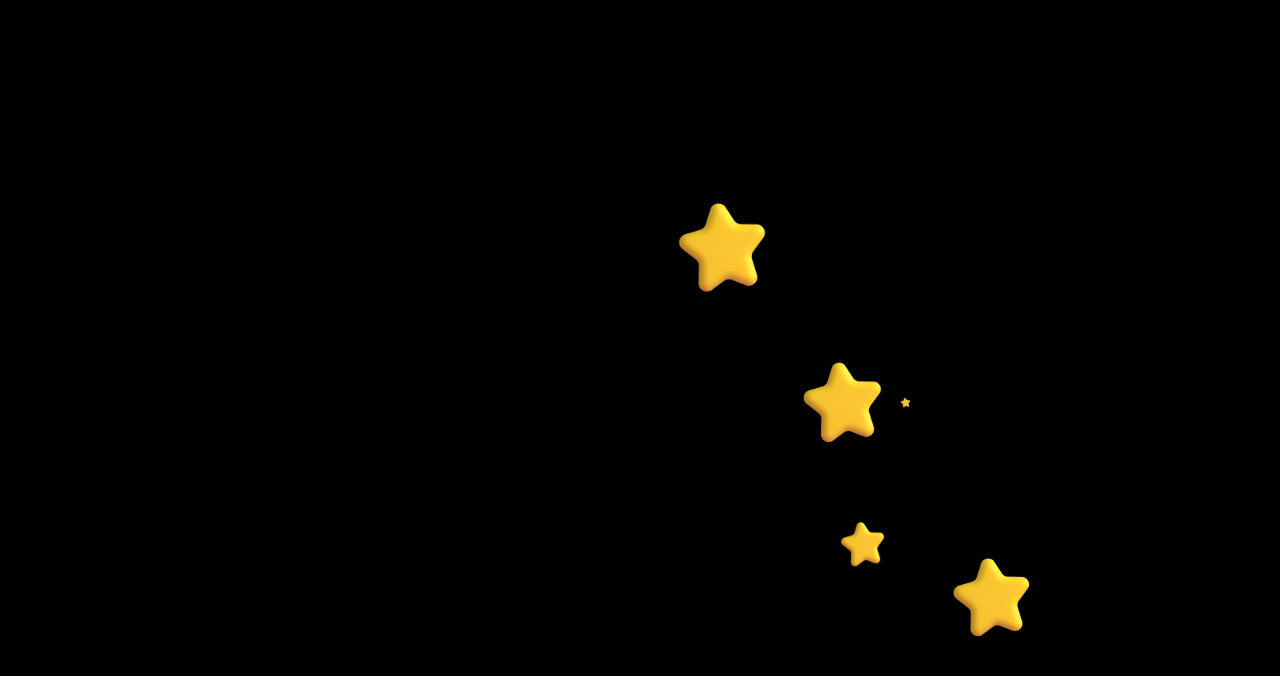
Repository: heartbreathing/Star-game
Page: index.html
These files come from the project's save history. The page is drawn as it stood at one moment and after the next save; the edit follows.
The browser window is 1280 px wide. The pictures show the whole page.

Above is the page before, as saved 2022-10-29 12:33:24.

After the next save:
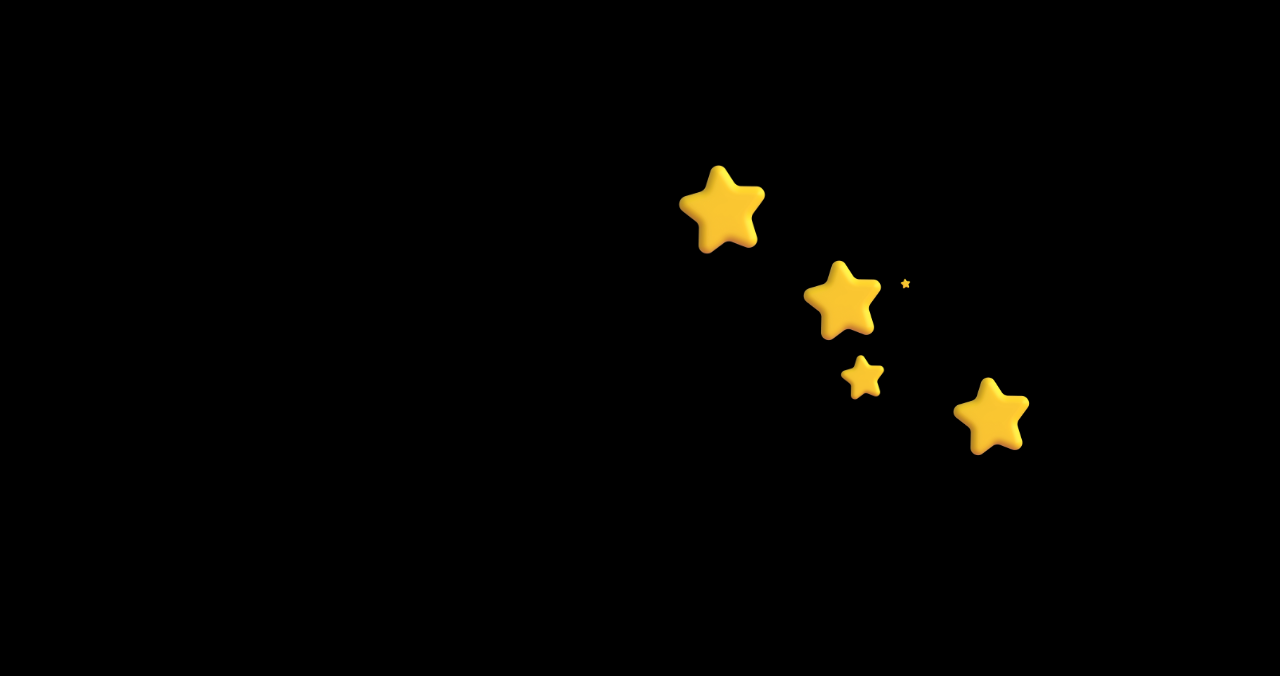
Saved 33 s later.
--- a/index.html
+++ b/index.html
@@ -19,7 +19,7 @@
           var wid = Math.floor(Math.random() * 100 + 10);
           obj.width = wid;
           var x = Math.floor(Math.random() * 1000 + 100);
-          var y = Math.floor(Math.random() * 500 + 100);
+          var y = Math.floor(Math.random() * 300 + 100);
           obj.style.position = 'absolute';
           obj.style.top = y + 'px';
           obj.style.left = x + 'px';
